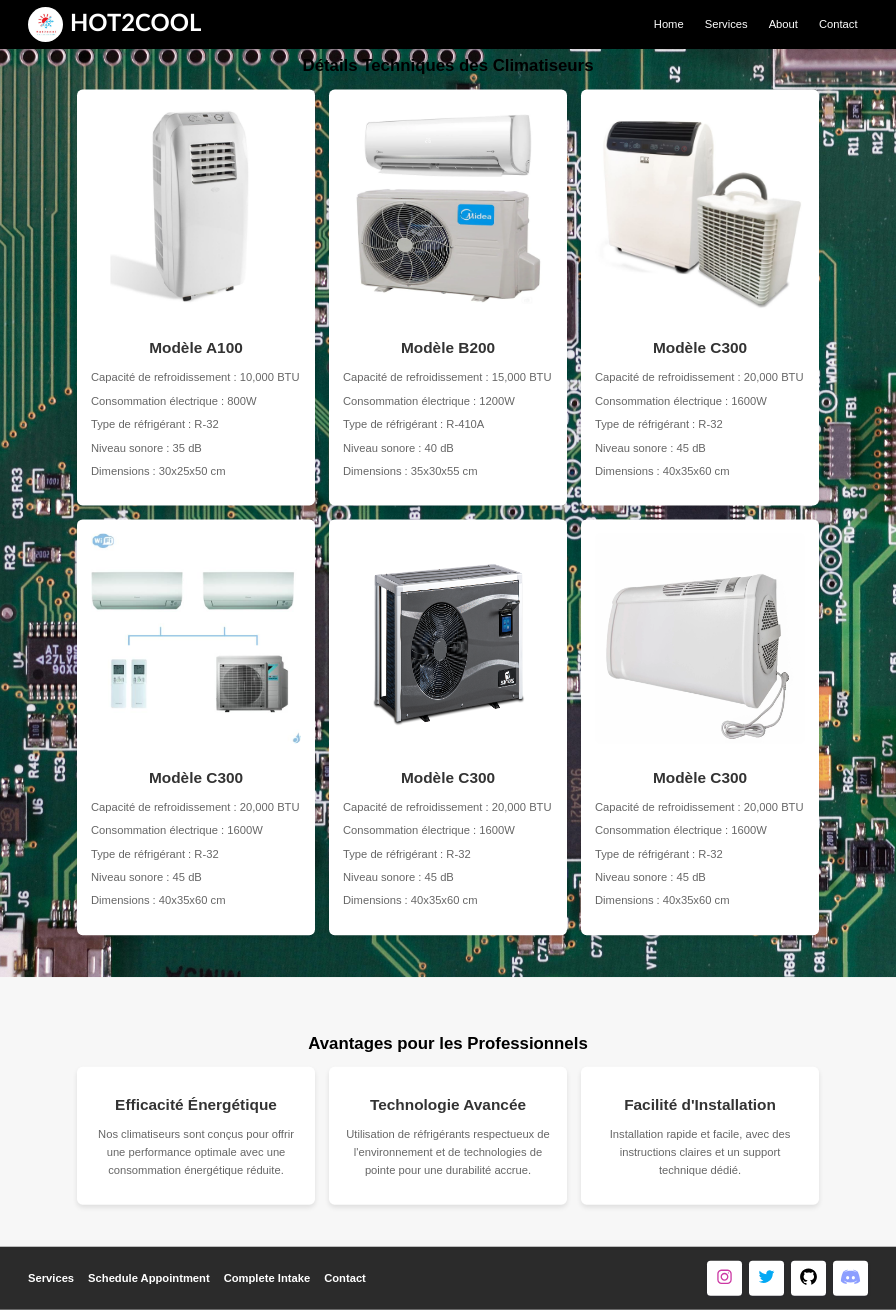
Repository: kadel237/hot2cool
Page: tech.html
An editor plug-in stored every save of this project. The page is shown before and after the next save, followed by the edit.
The browser window is 1280 px wide. The pictures show the whole page, at 70% of full size.

Above is the page before, as saved 2024-07-04 00:34:26.

### tech.html
<!DOCTYPE html>
<html lang="fr">
  <head>
    <meta charset="UTF-8" />
    <meta name="viewport" content="width=device-width, initial-scale=1.0" />
    <title>Hot2Cool - Détails Techniques</title>
    <link rel="stylesheet" href="tech.css" />
  </head>
  <body>
    <header>
      <div class="container">
        <h1><img src="./logo.jpg" alt="Logo" class="logo" />HOT2COOL</h1>
        <nav>
          <ul>
            <li><a href="./index.html">Home</a></li>
            <li class="dropdown">
              <a href="#services">Services</a>
              <ul class="dropdown-content">
                <li class="dropdown-submenu">
                  <a href="#particuliers">Pour les particuliers</a>
                  <ul class="dropdown-submenu-content">
                    <li><a href="./ofDuMo.html">Offres du moment</a></li>
                    <li><a href="#products">Nos services sur mesure</a></li>
                  </ul>
                </li>
                <li class="dropdown-submenu">
                  <a href="#entreprises">Pour les entreprises</a>
                  <ul class="dropdown-submenu-content">
                    <li>
                      <a href="./tech.html#advantages"
                        >Ameliorez le confort de votre entreprise</a
                      >
                    </li>
                    <li>
                      <a href="./tech.html"
                        >pour les plus tech du monde de la fraicheur</a
                      >
                    </li>
                  </ul>
                </li>
              </ul>
            </li>
            <li><a href="#about-us">About</a></li>
            <li><a href="#contact">Contact</a></li>
          </ul>
        </nav>
      </div>
    </header>

    <main>
      <section class="technical-details">
        <div class="container">
          <h2>Détails Techniques des Climatiseurs</h2>
          <div class="technical-grid">
            <div class="technical-card">
              <img src="./mono-bloc.jpg" alt="Modèle A100" />
              <h3>Modèle A100</h3>
              <ul>
                <li>Capacité de refroidissement : 10,000 BTU</li>
                <li>Consommation électrique : 800W</li>
                <li>Type de réfrigérant : R-32</li>
                <li>Niveau sonore : 35 dB</li>
                <li>Dimensions : 30x25x50 cm</li>
              </ul>
            </div>
            <div class="technical-card">
              <img src="./split-fixe.webp" alt="Modèle A100" />
              <h3>Modèle B200</h3>
              <ul>
                <li>Capacité de refroidissement : 15,000 BTU</li>
                <li>Consommation électrique : 1200W</li>
                <li>Type de réfrigérant : R-410A</li>
                <li>Niveau sonore : 40 dB</li>
                <li>Dimensions : 35x30x55 cm</li>
              </ul>
            </div>
            <div class="technical-card">
              <img src="./split-mobile.jpg" alt="Modèle A100" />
              <h3>Modèle C300</h3>
              <ul>
                <li>Capacité de refroidissement : 20,000 BTU</li>
                <li>Consommation électrique : 1600W</li>
                <li>Type de réfrigérant : R-32</li>
                <li>Niveau sonore : 45 dB</li>
                <li>Dimensions : 40x35x60 cm</li>
              </ul>
            </div>
            <div class="technical-card">
              <img src="./bi-split.jpg" alt="Modèle A100" />
              <h3>Modèle C300</h3>
              <ul>
                <li>Capacité de refroidissement : 20,000 BTU</li>
                <li>Consommation électrique : 1600W</li>
                <li>Type de réfrigérant : R-32</li>
                <li>Niveau sonore : 45 dB</li>
                <li>Dimensions : 40x35x60 cm</li>
              </ul>
            </div>
            <div class="technical-card">
              <img src="./pompe à chaleur.png" alt="Modèle A100" />
              <h3>Modèle C300</h3>
              <ul>
                <li>Capacité de refroidissement : 20,000 BTU</li>
                <li>Consommation électrique : 1600W</li>
                <li>Type de réfrigérant : R-32</li>
                <li>Niveau sonore : 45 dB</li>
                <li>Dimensions : 40x35x60 cm</li>
              </ul>
            </div>
            <div class="technical-card">
              <img src="./monobloc-revertisseur.webp" alt="Modèle A100" />
              <h3>Modèle C300</h3>
              <ul>
                <li>Capacité de refroidissement : 20,000 BTU</li>
                <li>Consommation électrique : 1600W</li>
                <li>Type de réfrigérant : R-32</li>
                <li>Niveau sonore : 45 dB</li>
                <li>Dimensions : 40x35x60 cm</li>
              </ul>
            </div>
          </div>
        </div>
      </section>

      <section class="advantages" id="advantages">
        <div class="container">
          <h2>Avantages pour les Professionnels</h2>
          <div class="advantages-grid">
            <div class="advantage-card">
              <h3>Efficacité Énergétique</h3>
              <p>
                Nos climatiseurs sont conçus pour offrir une performance
                optimale avec une consommation énergétique réduite.
              </p>
            </div>
            <div class="advantage-card">
              <h3>Technologie Avancée</h3>
              <p>
                Utilisation de réfrigérants respectueux de l'environnement et de
                technologies de pointe pour une durabilité accrue.
              </p>
            </div>
            <div class="advantage-card">
              <h3>Facilité d'Installation</h3>
              <p>
                Installation rapide et facile, avec des instructions claires et
                un support technique dédié.
              </p>
            </div>
          </div>
        </div>
      </section>
    </main>

    <footer>
      <div class="container">
        <div class="footer-content">
          <div class="footer-nav">
            <ul>
              <li><a href="#services">Services</a></li>
              <li><a href="#schedule">Schedule Appointment</a></li>
              <li><a href="#intake">Complete Intake</a></li>
              <li><a href="#contact">Contact</a></li>
            </ul>
          </div>
          <div class="social-icons">
            <button class="card1">
              <svg
                class="instagram"
                fill-rule="nonzero"
                height="30px"
                width="30px"
                viewBox="0,0,256,256"
                xmlns="http://www.w3.org/2000/svg"
              >
                <g
                  style="mix-blend-mode: normal"
                  text-anchor="none"
                  font-size="none"
                  font-weight="none"
                  font-family="none"
                  stroke-dashoffset="0"
                  stroke-dasharray=""
                  stroke-miterlimit="10"
                  stroke-linejoin="miter"
                  stroke-linecap="butt"
                  stroke-width="1"
                  stroke="none"
                  fill-rule="nonzero"
                >
                  <g transform="scale(8,8)">
                    <path
                      d="M11.46875,5c-3.55078,0 -6.46875,2.91406 -6.46875,6.46875v9.0625c0,3.55078 2.91406,6.46875 6.46875,6.46875h9.0625c3.55078,0 6.46875,-2.91406 6.46875,-6.46875v-9.0625c0,-3.55078 -2.91406,-6.46875 -6.46875,-6.46875zM11.46875,7h9.0625c2.47266,0 4.46875,1.99609 4.46875,4.46875v9.0625c0,2.47266 -1.99609,4.46875 -4.46875,4.46875h-9.0625c-2.47266,0 -4.46875,-1.99609 -4.46875,-4.46875v-9.0625c0,-2.47266 1.99609,-4.46875 4.46875,-4.46875zM21.90625,9.1875c-0.50391,0 -0.90625,0.40234 -0.90625,0.90625c0,0.50391 0.40234,0.90625 0.90625,0.90625c0.50391,0 0.90625,-0.40234 0.90625,-0.90625c0,-0.50391 -0.40234,-0.90625 -0.90625,-0.90625zM16,10c-3.30078,0 -6,2.69922 -6,6c0,3.30078 2.69922,6 6,6c3.30078,0 6,-2.69922 6,-6c0,-3.30078 -2.69922,-6 -6,-6zM16,12c2.22266,0 4,1.77734 4,4c0,2.22266 -1.77734,4 -4,4c-2.22266,0 -4,-1.77734 -4,-4c0,-2.22266 1.77734,-4 4,-4z"
                    ></path>
                  </g>
                </g>
              </svg>
            </button>
            <button class="card2">
              <svg
                class="twitter"
                height="30px"
                width="30px"
                viewBox="0 0 48 48"
                xmlns="http://www.w3.org/2000/svg"
              >
                <path
                  d="M42,12.429c-1.323,0.586-2.746,0.977-4.247,1.162c1.526-0.906,2.7-2.351,3.251-4.058c-1.428,0.837-3.01,1.452-4.693,1.776C34.967,9.884,33.05,9,30.926,9c-4.08,0-7.387,3.278-7.387,7.32c0,0.572,0.067,1.129,0.193,1.67c-6.138-0.308-11.582-3.226-15.224-7.654c-0.64,1.082-1,2.349-1,3.686c0,2.541,1.301,4.778,3.285,6.096c-1.211-0.037-2.351-0.374-3.349-0.914c0,0.022,0,0.055,0,0.086c0,3.551,2.547,6.508,5.923,7.181c-0.617,0.169-1.269,0.263-1.941,0.263c-0.477,0-0.942-0.054-1.392-0.135c0.94,2.902,3.667,5.023,6.898,5.086c-2.528,1.96-5.712,3.134-9.174,3.134c-0.598,0-1.183-0.034-1.761-0.104C9.268,36.786,13.152,38,17.321,38c13.585,0,21.017-11.156,21.017-20.834c0-0.317-0.01-0.633-0.025-0.945C39.763,15.197,41.013,13.905,42,12.429"
                ></path>
              </svg>
            </button>
            <button class="card3">
              <svg
                class="github"
                height="30px"
                width="30px"
                viewBox="0 0 30 30"
                xmlns="http://www.w3.org/2000/svg"
              >
                <path
                  d="M15,3C8.373,3,3,8.373,3,15c0,5.623,3.872,10.328,9.092,11.63C12.036,26.468,12,26.28,12,26.047v-2.051 c-0.487,0-1.303,0-1.508,0c-0.821,0-1.551-0.353-1.905-1.009c-0.393-0.729-0.461-1.844-1.435-2.526 c-0.289-0.227-0.069-0.486,0.264-0.451c0.615,0.174,1.125,0.596,1.605,1.222c0.478,0.627,0.703,0.769,1.596,0.769 c0.433,0,1.081-0.025,1.691-0.121c0.328-0.833,0.895-1.6,1.588-1.962c-3.996-0.411-5.903-2.399-5.903-5.098 c0-1.162,0.495-2.286,1.336-3.233C9.053,10.647,8.706,8.73,9.435,8c1.798,0,2.885,1.166,3.146,1.481C13.477,9.174,14.461,9,15.495,9 c1.036,0,2.024,0.174,2.922,0.483C18.675,9.17,19.763,8,21.565,8c0.732,0.731,0.381,2.656,0.102,3.594 c0.836,0.945,1.328,2.066,1.328,3.226c0,2.697-1.904,4.684-5.894,5.097C18.199,20.49,19,22.1,19,23.313v2.734 c0,0.104-0.023,0.179-0.035,0.268C23.641,24.676,27,20.236,27,15C27,8.373,21.627,3,15,3z"
                ></path>
              </svg>
            </button>
            <button class="card4">
              <svg
                class="discord"
                xmlns="http://www.w3.org/2000/svg"
                viewBox="0 0 48 48"
                width="30px"
                height="30px"
              >
                <path
                  d="M40,12c0,0-4.585-3.588-10-4l-0.488,0.976C34.408,10.174,36.654,11.891,39,14c-4.045-2.065-8.039-4-15-4s-10.955,1.935-15,4c2.346-2.109,5.018-4.015,9.488-5.024L18,8c-5.681,0.537-10,4-10,4s-5.121,7.425-6,22c5.162,5.953,13,6,13,6l1.639-2.185C13.857,36.848,10.715,35.121,8,32c3.238,2.45,8.125,5,16,5s12.762-2.55,16-5c-2.715,3.121-5.857,4.848-8.639,5.815L33,40c0,0,7.838-0.047,13-6C45.121,19.425,40,12,40,12z M17.5,30c-1.933,0-3.5-1.791-3.5-4c0-2.209,1.567-4,3.5-4s3.5,1.791,3.5,4C21,28.209,19.433,30,17.5,30z M30.5,30c-1.933,0-3.5-1.791-3.5-4c0-2.209,1.567-4,3.5-4s3.5,1.791,3.5,4C34,28.209,32.433,30,30.5,30z"
                ></path>
              </svg>
            </button>
          </div>
        </div>
      </div>
    </footer>
  </body>
</html>

### tech.css
/* Basic Styles */
body,
html {
  margin: 0;
  padding: 0;
  font-family: Arial, sans-serif;
  color: #fff;
}

/* Header Styles */
header {
  background-color: black;
  padding: 10px 0;
  position: fixed;
  width: 100%;
  top: 0;
  z-index: 1000;
}

header .container {
  display: flex;
  justify-content: space-between;
  align-items: center;
  max-width: 1200px;
  margin: 0 auto;
  padding: 0 20px;
}

header h1 {
  margin: 0;
  font-size: 34px;
  font-family: "Gill Sans", "Gill Sans MT", Calibri, "Trebuchet MS", sans-serif;
}

header nav ul {
  list-style: none;
  margin: 0;
  padding: 0;
  display: flex;
  align-items: center;
}

header nav ul li {
  position: relative;
}

header nav ul li a {
  color: #fff;
  text-decoration: none;
  font-size: 16px;
  padding: 10px 15px;
  display: block;
}

header nav ul li a:hover {
  background-color: #444;
}

/* Dropdown Styles */
.dropdown-content {
  display: none;
  position: absolute;
  background-color: #333;
  min-width: 200px;
  box-shadow: 0px 8px 16px rgba(0, 0, 0, 0.2);
  z-index: 1;
  left: 0;
  top: 100%;
}

.dropdown-content a {
  color: #fff;
  padding: 12px 16px;
  text-decoration: none;
  display: block;
}

.dropdown-content a:hover {
  background-color: #444;
}

.dropdown:hover .dropdown-content {
  display: block;
}

/* Submenu Styles */
.dropdown-submenu {
  position: relative;
}

.dropdown-submenu .dropdown-submenu-content {
  display: none;
  position: absolute;
  top: 0;
  left: 100%;
  background-color: #333;
  min-width: 200px;
  box-shadow: 0px 8px 16px rgba(0, 0, 0, 0.2);
  z-index: 1;
}

.dropdown-submenu:hover .dropdown-submenu-content {
  display: block;
}

header nav ul li a::after {
  content: "";
  position: absolute;
  width: 0;
  height: 2px;
  display: block;
  margin-top: 5px;
  right: 0;
  background: #fff;
  transition: width 0.3s ease, right 0.3s ease;
}

header nav ul li a:hover::after {
  width: 100%;
  right: 0;
}

/* Dropdown Styles */
.dropdown-content {
  display: none;
  position: absolute;
  background-color: #333;
  min-width: 200px;
  box-shadow: 0px 8px 16px rgba(0, 0, 0, 0.2);
  z-index: 1;
  left: 0;
  top: 100%;
}

.dropdown-content a {
  color: #fff;
  padding: 12px 16px;
  text-decoration: none;
  display: block;
}

.dropdown-content a:hover {
  background-color: #444;
}
.logo {
  width: 50px; /* Ajustez la taille selon vos besoins */
  height: 50px; /* Ajustez la taille selon vos besoins */
  border-radius: 50%;
  margin-right: 10px; /* Ajoute un espace entre le logo et le texte */
  vertical-align: middle; /* Aligne verticalement avec le texte */
}
.dropdown:hover .dropdown-content {
  display: block;
}

/* Submenu Styles */
.dropdown-submenu {
  position: relative;
}

.dropdown-submenu .dropdown-content {
  top: 0;
  left: 100%;
  display: none; /* Ajouté pour masquer le sous-menu initialement */
}

.dropdown-submenu:hover .dropdown-content {
  display: block; /* Affiche le sous-menu au survol */
}

header nav ul li a::after {
  content: "";
  position: absolute;
  width: 0;
  height: 2px;
  display: block;
  margin-top: 5px;
  right: 0;
  background: #fff;
  transition: width 0.3s ease, right 0.3s ease;
}

header nav ul li a:hover::after {
  width: 100%;
  right: 0;
}
.technical-details {
  background-image: url("technical.jpg"); /* Remplacez par le chemin de votre image */
  background-size: cover; /* L'image couvre toute la section */
  background-repeat: no-repeat; /* Pas de répétition de l'image */
  background-position: center; /* Centre l'image */
  padding: 60px 0; /* Ajustez le padding selon vos besoins */
}

/* Styles for the Technical Details and Advantages Sections */
.technical-details,
.advantages {
  padding: 60px 0;
  background-color: #f7f7f7;
}

.technical-details .container,
.advantages .container {
  max-width: 1200px;
  margin: 0 auto;
  padding: 0 20px;
}

.technical-details h2,
.advantages h2 {
  text-align: center;
  color: #000;
  margin-bottom: 20px;
}

.technical-grid,
.advantages-grid {
  display: flex;
  flex-wrap: wrap;
  gap: 20px;
  justify-content: center;
}

.technical-card,
.advantage-card {
  background: #fff;
  border-radius: 8px;
  padding: 20px;
  box-shadow: 0 4px 8px rgba(0, 0, 0, 0.1);
  max-width: 300px;
  width: 100%;
  text-align: center;
}

.technical-card h3,
.advantage-card h3 {
  font-size: 22px;
  margin-bottom: 10px;
  color: #333;
}

.technical-card ul,
.advantage-card p {
  text-align: left;
  color: #666;
  font-size: 16px;
  line-height: 1.6;
}

.technical-card ul {
  list-style: none;
  padding: 0;
}

.technical-card ul li {
  margin-bottom: 8px;
}
.technical-card img {
  width: 100%;
  height: 300px;
  border-radius: 8px;
  margin-bottom: 10px;
}

.advantages-grid .advantage-card p {
  text-align: center;
}

footer {
  background-color: #333;
  color: #fff;
  padding: 20px 0;
}

.footer-content {
  display: flex;
  justify-content: space-between;
  align-items: flex-start;
  max-width: 1200px;
  margin: 0 auto;
  flex-wrap: wrap;
}

footer {
  background-color: #2b2b2b; /* Couleur de fond du footer */
  padding: 20px 0;
  text-align: center;
}

.footer-content {
  display: flex;
  justify-content: space-between;
  align-items: center;
  max-width: 1200px;
  margin: 0 auto;
  flex-wrap: wrap;
}

.footer-nav ul {
  list-style: none;
  padding: 0;
  margin: 0;
  display: flex;
  gap: 20px; /* Espace entre les éléments du menu */
}

.footer-nav ul li {
  margin: 0;
}

.footer-nav ul li a {
  color: #fff; /* Couleur du texte */
  text-decoration: none; /* Enlever la décoration des liens */
  font-size: 16px; /* Taille de la police */
  font-weight: bold; /* Épaisseur du texte */
}

.footer-nav ul li a:hover {
  color: #ddd; /* Couleur du texte au survol */
}

.social-icons {
  display: flex;
  gap: 10px; /* Espace entre les icônes des réseaux sociaux */
}

.card1,
.card2,
.card3,
.card4 {
  width: 50px;
  height: 50px;
  outline: none;
  border: none;
  background: white;
  border-radius: 5px;
  box-shadow: rgba(50, 50, 93, 0.25) 0px 2px 5px -1px,
    rgba(0, 0, 0, 0.3) 0px 1px 3px -1px;
  transition: 0.2s ease-in-out;
}

.instagram {
  fill: #cc39a4;
}

.twitter {
  fill: #03a9f4;
}

.github {
  fill: black;
}

.discord {
  fill: #8c9eff;
}

.card1:hover {
  cursor: pointer;
  transform: scale(1.1);
  background-color: #cc39a4;
  box-shadow: 1px 1px 0px #eeb1de, 2px 2px 0px #d365b6, 3px 3px 0px #d365b6,
    4px 4px 0px #d365b6, 5px 5px 0px #d365b6;
}

.card1:hover .instagram {
  fill: white;
}

.card2:hover {
  cursor: pointer;
  transform: scale(1.1);
  background-color: #03a9f4;
  box-shadow: 1px 1px 0px #a1defa, 2px 2px 0px #41bef8, 3px 3px 0px #41bef8,
    4px 4px 0px #41bef8, 5px 5px 0px #41bef8;
}

.card2:hover .twitter {
  fill: white;
}

.card3:hover {
  cursor: pointer;
  transform: scale(1.1);
  background-color: black;
  box-shadow: 1px 1px 0px rgb(124, 123, 123), 2px 2px 0px #333, 3px 3px 0px #333,
    4px 4px 0px #333, 5px 5px 0px #333;
}

.card3:hover .github {
  fill: white;
}

.card4:hover {
  cursor: pointer;
  transform: scale(1.1);
  background-color: #8c9eff;
  box-shadow: 1px 1px 0px #bdc2e2, 2px 2px 0px #9ca6e0, 3px 3px 0px #9ca6e0,
    4px 4px 0px #9ca6e0, 5px 5px 0px #9ca6e0;
}

.card4:hover .discord {
  fill: white;
}

.footer-bottom {
  text-align: center;
  padding: 10px 0;
  background-color: #222;
  color: #aaa;
}

.footer-bottom p {
  margin: 0;
  font-size: 14px;
}

After the next save:
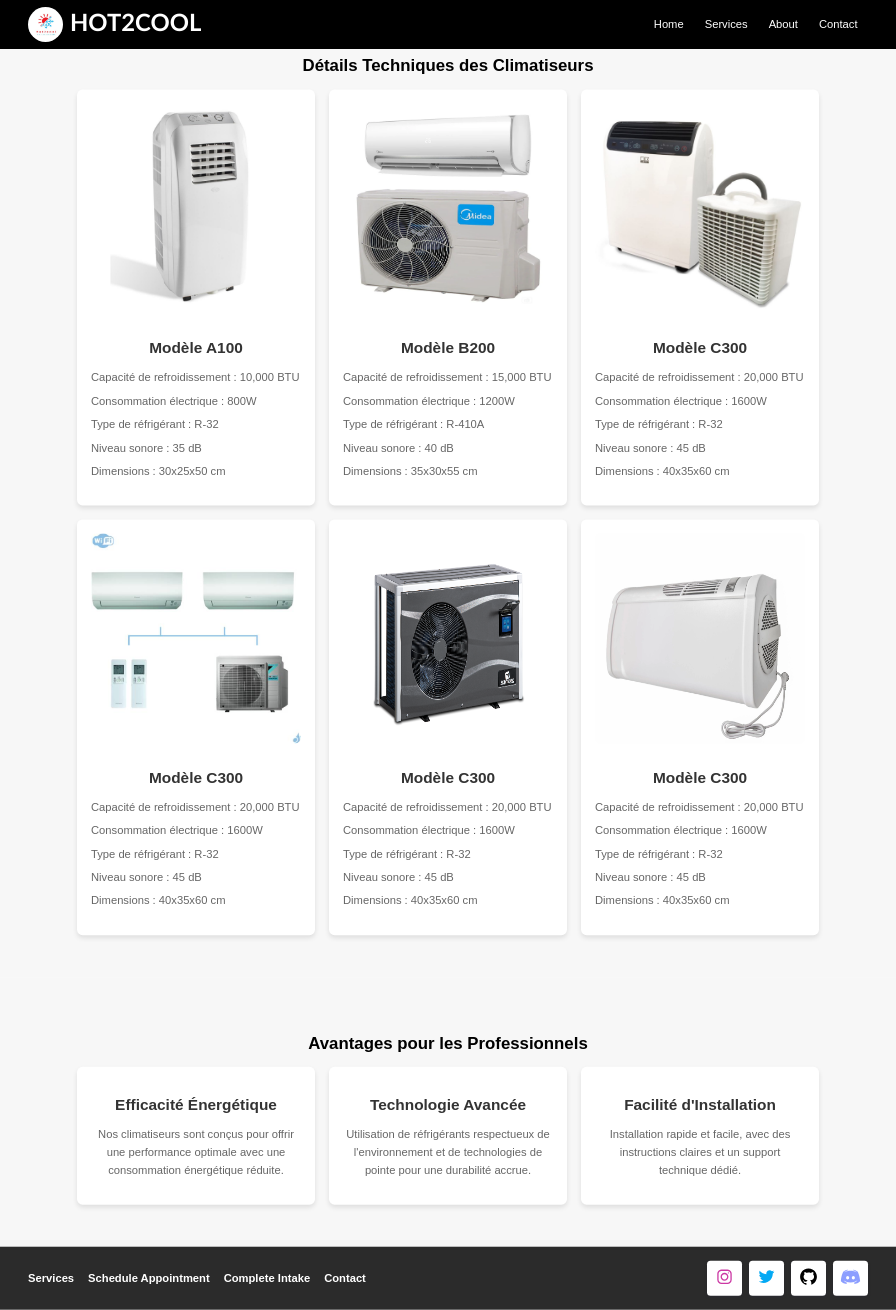
Saved 20 s later.
--- a/tech.css
+++ b/tech.css
@@ -183,13 +183,6 @@
 header nav ul li a:hover::after {
   width: 100%;
   right: 0;
-}
-.technical-details {
-  background-image: url("technical.jpg"); /* Remplacez par le chemin de votre image */
-  background-size: cover; /* L'image couvre toute la section */
-  background-repeat: no-repeat; /* Pas de répétition de l'image */
-  background-position: center; /* Centre l'image */
-  padding: 60px 0; /* Ajustez le padding selon vos besoins */
 }
 
 /* Styles for the Technical Details and Advantages Sections */
